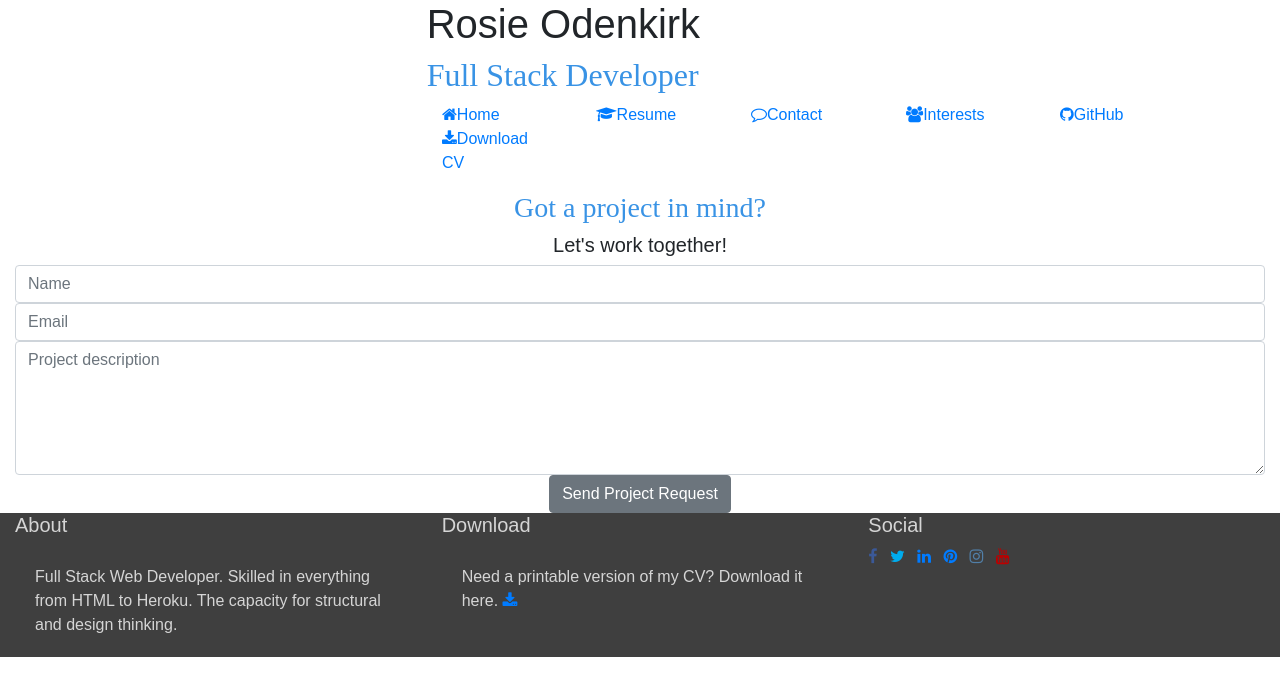
Repository: Skillabill/pale_blue_moon
Page: contact.html
The author's editor kept a record of every edit. The page is drawn from the files as they stood at one moment, then again after the next edit.
The browser window is 1280 px wide. The pictures show the whole page.
Some web fonts or font styles are not loaded; a fallback is used. Some web libraries are served in a nearby version.

Above is the page before.
Console error: ReferenceError: emailjs is not defined

### contact.html
<!DOCTYPE html>
<html lang="en">

<head>
    <meta charset="UTF-8">
    <meta name="viewport" content="width=device-width, initial-scale=1.0">
    <meta http-equiv="X-UA-Compatible" content="ie=edge">
    <link rel="stylesheet" href="https://maxcdn.bootstrapcdn.com/bootstrap/4.2.1/css/bootstrap.min.css" type="text/css" />
    <link rel="stylesheet" href="https://maxcdn.bootstrapcdn.com/font-awesome/4.7.0/css/font-awesome.min.css" type="text/css" />
    <link rel="stylesheet" href="https://cdnjs.cloudflare.com/ajax/libs/hover.css/2.1.1/css/hover-min.css" type="text/css" />
    <link rel="stylesheet" href="assets/css/style.css">
    <title>Rosie</title>

    <script type="text/javascript" src="https://cdn.jsdelivr.net/npm/emailjs-com@2.3.2/dist/email.min.js"></script>
    <script type="text/javascript">
        (function() {
            emailjs.init("user_7mTllxTSenOQsUzbhEWF3");
        })();
    </script>
</head>

<body>
    <header>
        <div class="row no-gutters">
            <a class="col-md-4 logo" href="02-index.html"></a>
            <div class="col-md-8">
                <div class="row no-gutters bg-color-name-title">
                    <div class="col heading">
                        <h1 class="name">Rosie Odenkirk</h1>
                        <h2 class="title"> Full Stack Developer</h2>
                    </div>
                </div>
                <div class="row no-gutters">
                    <div class="col">
                        <ul id="nav" class="list-inline menucontainer">
                            <li class="col-6 col-sm-2 list-inline-item ui-menu-color-home menuitem">
                                <a href="index.html" class="hvr-sweep-to-bottom"><i class="fa fa-home" aria-hidden="true"></i><span>Home</span></a>
                            </li>
                            <li class="col-6 col-sm-2 list-inline-item ui-menu-color-resume menuitem">
                                <a href="resume.html" class="hvr-sweep-to-bottom"><i class="fa fa-graduation-cap" aria-hidden="true"></i><span>Resume</span></a>
                            </li>
                            <li class="col-6 col-sm-2 list-inline-item ui-menu-color-contact menuitem">
                                <a href="contact.html" class="hvr-sweep-to-bottom"><i class="fa fa-comment-o" aria-hidden="true"></i><span>Contact</span></a>
                            </li>
                            <li class="col-6 col-sm-2 ui-menu-color-interests list-inline-item menuitem">
                                <a href="interests.html" class="hvr-sweep-to-bottom"><i class="fa fa-users" aria-hidden="true"></i><span>Interests</span></a>
                            </li>
                            <li class="col-6 col-sm-2 ui-menu-color-github list-inline-item menuitem">
                                <a href="github.html" class="hvr-sweep-to-bottom"><i class="fa fa-github" aria-hidden="true"></i><span>GitHub</span></a>
                            </li>
                            <li class="col-6 col-sm-2 list-inline-item ui-menu-color-download menuitem">
                                <a href="assets/cv/sample-cv.pdf" target="_blank" class="hvr-sweep-to-bottom"><i class="fa fa-download" aria-hidden="true"></i><span>Download CV</span></a>
                            </li>
                        </ul>
                    </div>
                </div>
            </div>
        </div>
    </header>
    <section class="container-fluid">
        <div class="row bg-color-contact">
            <div class="col">
                <h3 class="contact-heading uppercase text-center">Got a project in mind?</h3>
                <h5 class="uppercase text-center">Let's work together!</h5>

                <div class="center-form">
                    <form onsubmit="return sendMail(this);" method="POST">
                        <input type="text" name="name" id="fullname" class="form-control" placeholder="Name" required />
                        <input type="email" name="email" id="emailaddress" class="form-control" placeholder="Email" required />
                        <textarea rows="5" name="projectsummary" id="projectsummary" class="form-control" placeholder="Project description" required></textarea>
                        <div class="form-row text-center">
                            <div class="col">
                                <button type="submit" class="btn btn-secondary">Send Project Request</button>
                            </div>
                        </div>
                    </form>
                </div>

            </div>
        </div>

    </section>
    <footer class="container-fluid">
        <div id="footer-details" class="row">
            <div class="col-sm-4">
                <h5 class="uppercase general-sub">About</h5>
                <p class="inline-block">
                    Full Stack Web Developer. Skilled in everything from HTML to Heroku. The capacity for structural and design thinking.
                </p>
            </div>
            <div class="col-sm-4">
                <h5 class="uppercase general-sub">Download</h5>
                <p class="inline-block">
                    Need a printable version of my CV? Download it here.
                    <a href="assets/cv/sample-cv.pdf" target="_blank" class="cv-pdf">
                        <i class="fa fa-download" aria-hidden="true"></i>
                        <span class="sr-only">Download link.</span>
                    </a>
                </p>
            </div>
            <div class="col-sm-4">
                <h5 class="uppercase general-sub">Social</h5>
                <ul class="list-inline social-links">
                    <li class="list-inline-item">
                        <a target="_blank" href="#">
                            <i class="fa fa-facebook" aria-hidden="true"></i>
                            <span class="sr-only">Facebook</span>
                        </a>
                    </li>
                    <li class="list-inline-item">
                        <a target="_blank" href="#">
                            <i class="fa fa-twitter" aria-hidden="true"></i>
                            <span class="sr-only">Twitter</span>
                        </a>
                    </li>
                    <li class="list-inline-item">
                        <a target="_blank" href="#">
                            <i class="fa fa-linkedin" aria-hidden="true"></i>
                            <span class="sr-only">LinkedIn</span>
                        </a>
                    </li>
                    <li class="list-inline-item">
                        <a target="_blank" href="#">
                            <i class="fa fa-pinterest" aria-hidden="true"></i>
                            <span class="sr-only">Pinterest</span>
                        </a>
                    </li>
                    <li class="list-inline-item">
                        <a target="_blank" href="#">
                            <i class="fa fa-instagram" aria-hidden="true"></i>
                            <span class="sr-only">Instagram</span>
                        </a>
                    </li>
                    <li class="list-inline-item">
                        <a target="_blank" href="#">
                            <i class="fa fa-youtube" aria-hidden="true"></i>
                            <span class="sr-only">YouTube</span>
                        </a>
                    </li>
                </ul>
            </div>
        </div>
    </footer>
    <script src="assets/js/sendEmail.js"></script>
</body>

</html>

### assets/css/style.css
@import url('https://fonts.googleapis.com/css?family=font-family:Luckiest Guy:100,200,300,400,500,600,700|Exo:100,200,300,400,500,600,700');

html,
body {
    height: 100%;
    width: 100%;
    font-family: 'Luckiest Guy', sans-serif;
}

.container,
.container-fluid,
.row {
    margin: 0;
    padding: 0;
}

p {
    margin: auto;
    padding: 20px;
}

/*---------------- NAV ------------------*/

.navbar {
    padding: .8rem;
}

.navbar-nav li {
    padding-right: 20px;
}

.nav-link {
    font-size: 1.1em;

}

.btn-link {
    background-color: transparent;
    border: none;
}

.pbm {
    font-family: 'Special Elite', cursive;
    color: #3993E5;
    font-size: 40px;
}

/*------------- MAIN PIC ------------------*/

.main-pic {
    width: 100%;
}

.main-pic-bg {
    background-color: #000;
}

/*-------------Live Page --------------*/



/*--------------Photos ----------------------*/
.table-photos{
    width: 100%;
}
tr td {
    height: 40px;
    width: 20px;
}

/*------------- SONGS -----------------------*/

.songs {
    background-color: #D5DBDB;
}

controls {
    background-color: #27AE60;
}



/*-------------Meet the Band------------------*/

.band-bg {
    background-color: #000;
    color: #3993E5;
    font-family: 'Special Elite', cursive;
}

.band-bg-1 {
    background-color: #000;
    color: #000;
}

/*----------- VIDEO -------------------*/

.video {
    background-color: #000;
    color: #3993E5;
}

h2,
h3 {
    font-family: 'Special Elite', cursive;
    color: #3993E5;
}

/*----------- CONNECT -------------------*/

.social a {
    font-size: 4.5em;
    padding: 3rem;
}

.fa-facebook {
    color: #3b5998;
}

.fa-twitter {
    color: #00aced;
}

.fa-instagram {
    color: #517fa8;
}

.fa-youtube {
    color: #bb0000;
}

.fa-facebook:hover,
.fa-twitter:hover,
.fa-instagram:hover,
.fa-youtube:hover {
    color: #d5d5d5;
}

.connect {
    background-color: #EAEDED;
}

/*------------ FOOTER ------------------*/

footer {
    background-color: #3f3f3f;
    color: #d5d5d5;
    padding-top: 2rem;
}

hr.light {
    border-top: 1px solid #d5d5d5;
    width: 75%;
    margin-top: .8rem;
    margin-bottom: 1rem;
}

hr.light-100 {
    border-top: 1px solid #d5d5d5;
    width: 100%;
    margin-top: .8rem;
    margin-bottom: 1rem;
}

/*-------------LIVE-----------------*/

.live-img {
    margin: 0;
    padding: 0;
    width: 100%;
    height: 100%;
}

/*-----Media Queries ------*/

@media (max-width: 992px) {
    .social a {
        font-size: 4em;
        padding: 2rem;
    }
}

@media (max-width: 768px) {

    .display-4 {
        font-size: 200%;
    }
    .social a {
        font-size: 2.5em;
        padding: 1.2rem;
    }
    .video {
        width: 480px;
    }
}

@media (max-width: 576px) {

    .display-4 {
        font-size: 160%;
    }
    .social a {
        font-size: 2em;
        padding: .7rem;
    }
    .video {
        width: 380px;
    }
}

### assets/js/sendEmail.js
    function sendMail(contactForm) {
        emailjs.send("gmail", "pale_blue_moon", {
                "from_name": contactForm.name.value,
                "from_email": contactForm.emailaddress.value,
                "project_request": contactForm.projectsummary.value
            })
            .then(
                function(response) {
                    console.log("SUCCESS", response);
                },
                function(error) {
                    console.log("FAILED", error);
                }
            );
        return false; // To block from loading a new page
    }

After the next edit:
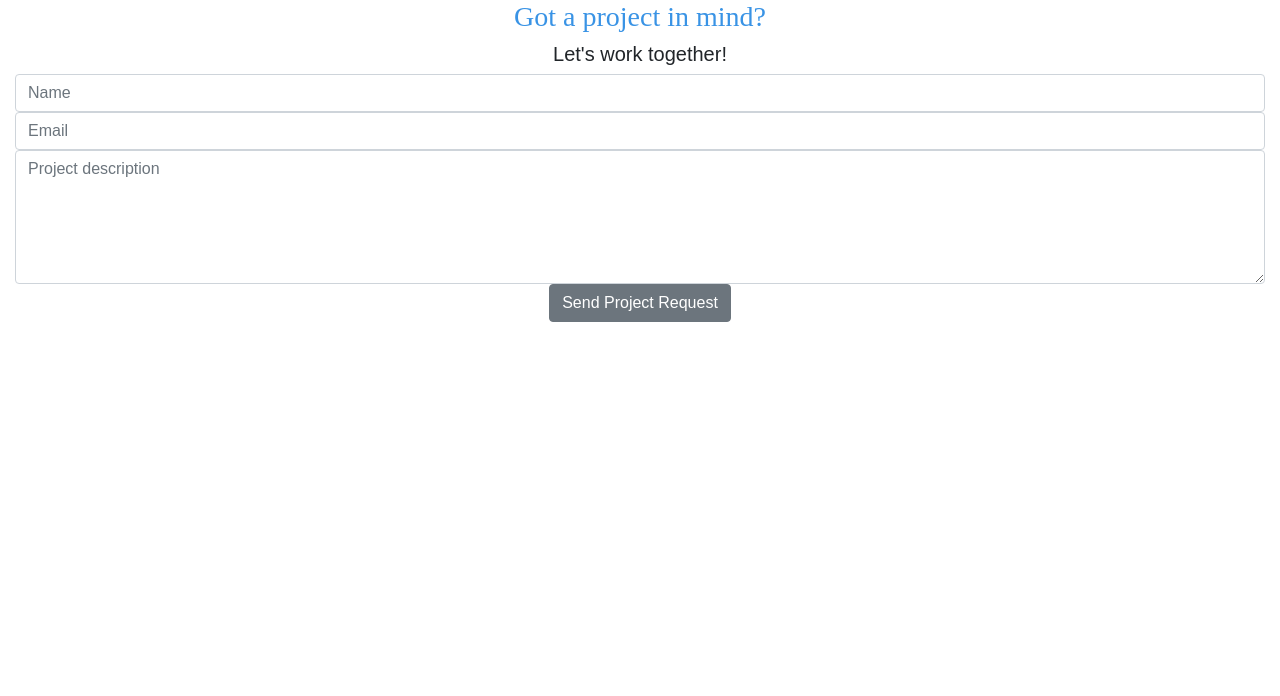
The edit:
--- a/contact.html
+++ b/contact.html
@@ -20,43 +20,7 @@
 </head>
 
 <body>
-    <header>
-        <div class="row no-gutters">
-            <a class="col-md-4 logo" href="02-index.html"></a>
-            <div class="col-md-8">
-                <div class="row no-gutters bg-color-name-title">
-                    <div class="col heading">
-                        <h1 class="name">Rosie Odenkirk</h1>
-                        <h2 class="title"> Full Stack Developer</h2>
-                    </div>
-                </div>
-                <div class="row no-gutters">
-                    <div class="col">
-                        <ul id="nav" class="list-inline menucontainer">
-                            <li class="col-6 col-sm-2 list-inline-item ui-menu-color-home menuitem">
-                                <a href="index.html" class="hvr-sweep-to-bottom"><i class="fa fa-home" aria-hidden="true"></i><span>Home</span></a>
-                            </li>
-                            <li class="col-6 col-sm-2 list-inline-item ui-menu-color-resume menuitem">
-                                <a href="resume.html" class="hvr-sweep-to-bottom"><i class="fa fa-graduation-cap" aria-hidden="true"></i><span>Resume</span></a>
-                            </li>
-                            <li class="col-6 col-sm-2 list-inline-item ui-menu-color-contact menuitem">
-                                <a href="contact.html" class="hvr-sweep-to-bottom"><i class="fa fa-comment-o" aria-hidden="true"></i><span>Contact</span></a>
-                            </li>
-                            <li class="col-6 col-sm-2 ui-menu-color-interests list-inline-item menuitem">
-                                <a href="interests.html" class="hvr-sweep-to-bottom"><i class="fa fa-users" aria-hidden="true"></i><span>Interests</span></a>
-                            </li>
-                            <li class="col-6 col-sm-2 ui-menu-color-github list-inline-item menuitem">
-                                <a href="github.html" class="hvr-sweep-to-bottom"><i class="fa fa-github" aria-hidden="true"></i><span>GitHub</span></a>
-                            </li>
-                            <li class="col-6 col-sm-2 list-inline-item ui-menu-color-download menuitem">
-                                <a href="assets/cv/sample-cv.pdf" target="_blank" class="hvr-sweep-to-bottom"><i class="fa fa-download" aria-hidden="true"></i><span>Download CV</span></a>
-                            </li>
-                        </ul>
-                    </div>
-                </div>
-            </div>
-        </div>
-    </header>
+
     <section class="container-fluid">
         <div class="row bg-color-contact">
             <div class="col">
@@ -79,67 +43,7 @@
             </div>
         </div>
 
-    </section>
-    <footer class="container-fluid">
-        <div id="footer-details" class="row">
-            <div class="col-sm-4">
-                <h5 class="uppercase general-sub">About</h5>
-                <p class="inline-block">
-                    Full Stack Web Developer. Skilled in everything from HTML to Heroku. The capacity for structural and design thinking.
-                </p>
-            </div>
-            <div class="col-sm-4">
-                <h5 class="uppercase general-sub">Download</h5>
-                <p class="inline-block">
-                    Need a printable version of my CV? Download it here.
-                    <a href="assets/cv/sample-cv.pdf" target="_blank" class="cv-pdf">
-                        <i class="fa fa-download" aria-hidden="true"></i>
-                        <span class="sr-only">Download link.</span>
-                    </a>
-                </p>
-            </div>
-            <div class="col-sm-4">
-                <h5 class="uppercase general-sub">Social</h5>
-                <ul class="list-inline social-links">
-                    <li class="list-inline-item">
-                        <a target="_blank" href="#">
-                            <i class="fa fa-facebook" aria-hidden="true"></i>
-                            <span class="sr-only">Facebook</span>
-                        </a>
-                    </li>
-                    <li class="list-inline-item">
-                        <a target="_blank" href="#">
-                            <i class="fa fa-twitter" aria-hidden="true"></i>
-                            <span class="sr-only">Twitter</span>
-                        </a>
-                    </li>
-                    <li class="list-inline-item">
-                        <a target="_blank" href="#">
-                            <i class="fa fa-linkedin" aria-hidden="true"></i>
-                            <span class="sr-only">LinkedIn</span>
-                        </a>
-                    </li>
-                    <li class="list-inline-item">
-                        <a target="_blank" href="#">
-                            <i class="fa fa-pinterest" aria-hidden="true"></i>
-                            <span class="sr-only">Pinterest</span>
-                        </a>
-                    </li>
-                    <li class="list-inline-item">
-                        <a target="_blank" href="#">
-                            <i class="fa fa-instagram" aria-hidden="true"></i>
-                            <span class="sr-only">Instagram</span>
-                        </a>
-                    </li>
-                    <li class="list-inline-item">
-                        <a target="_blank" href="#">
-                            <i class="fa fa-youtube" aria-hidden="true"></i>
-                            <span class="sr-only">YouTube</span>
-                        </a>
-                    </li>
-                </ul>
-            </div>
-        </div>
+
     </footer>
     <script src="assets/js/sendEmail.js"></script>
 </body>
